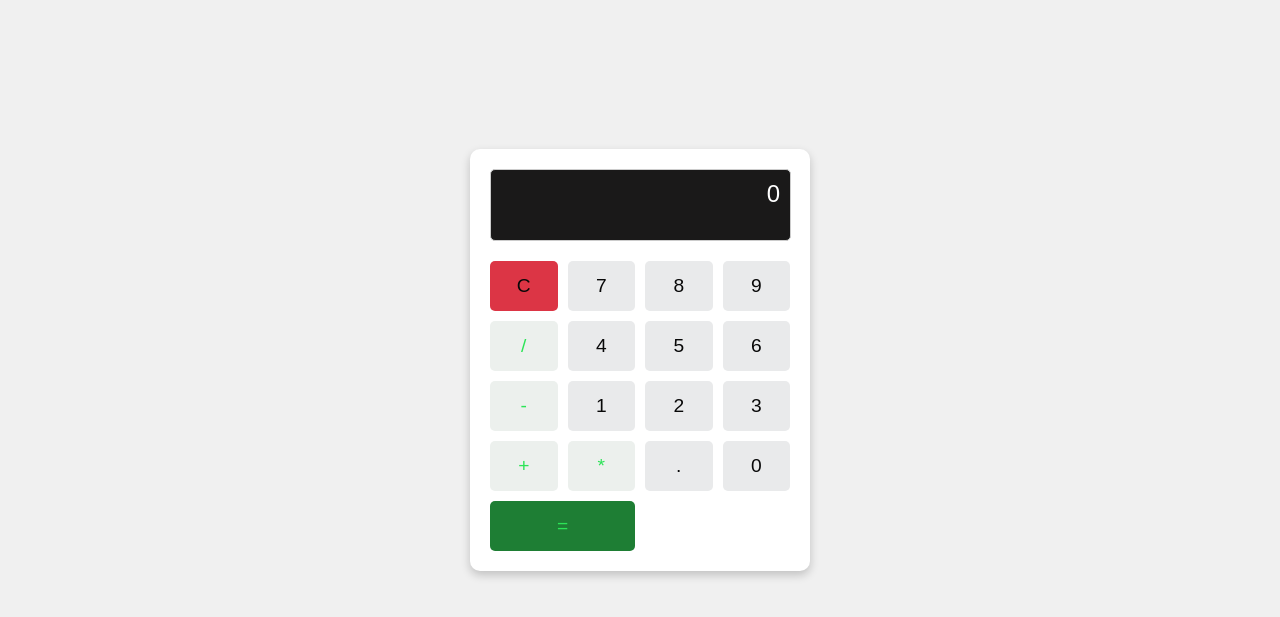
Repository: alizey12/calculator
Page: index.html
An editor plug-in stored every save of this project. The page is shown before and after the next save, followed by the edit.
The browser window is 1280 px wide. The pictures show the whole page.

Above is the page before, as saved 2024-11-23 20:37:15.

### index.html
<!DOCTYPE html>
<html lang="en">
<head>
    <meta charset="UTF-8">
    <meta name="viewport" content="width=device-width, initial-scale=1.0">
    <title>Simple Calculator</title>
    <link rel="stylesheet" href="styles.css">
    <body>


</head>
<body>
    <div class="calculator">
        <div class="display" id="display">0</div>
        <div class="buttons">
            <button onclick="clearDisplay()" class="btn" id="clear">C</button>
            <button onclick="appendValue('7')" class="btn">7</button>
            <button onclick="appendValue('8')" class="btn">8</button>
            <button onclick="appendValue('9')" class="btn">9</button>
            <button onclick="operate('/')" class="btn operator">/</button>
            <button onclick="appendValue('4')" class="btn">4</button>
            <button onclick="appendValue('5')" class="btn">5</button>
            <button onclick="appendValue('6')" class="btn">6</button>
            <button onclick="operate('-')" class="btn operator">-</button>
            <button onclick="appendValue('1')" class="btn">1</button>
            <button onclick="appendValue('2')" class="btn">2</button>
            <button onclick="appendValue('3')" class="btn">3</button>
            <button onclick="operate('+')" class="btn operator">+</button>
            <button onclick="operate('*')" class="btn operator">*</button>
            <button onclick="appendValue('.')" class="btn">.</button>
            <button onclick="appendValue('0')" class="btn">0</button>
            <button onclick="calculate()" class="btn operator" id="equals">=</button>
        </div>
    </div>

    <script src="script.js">

    </script>
</body>
</html>

### styles.css
body{
    font-family: Arial, sans-serif;
    display: flex;
    justify-content: center;
    align-items: center;
    height: 100vh;
    background-color: #f0f0f0;
    margin: 0;
}

.calculator {
    background: #fff;
    border-radius: 10px;
    padding: 20px;
    box-shadow: 0 4px 10px rgba(0, 0, 0, 0.2);
    width: 300px;
}

.display {
    width: 93%;
    height: 50px;
    margin-bottom: 20px;
    font-size: 1.5rem;
    text-align: right;
    border: 1px solid #ccc;
    border-radius: 5px;
    background: #1a1919;
    padding: 10px;
    overflow-x: auto;
    color: #fff;
}

.buttons {
    display: grid;
    grid-template-columns: repeat(4, 1fr);
    gap: 10px;
}

.btn {
    height: 50px;
    font-size: 1.2rem;
    border: none;
    border-radius: 5px;
    background: #e9eaeb;
    color: rgb(8, 8, 8);
    cursor: pointer;
    transition: background 0.2s;
}

.btn:hover {
    background: #a8c1db;
}

.btn.operator {
    background: #ecf0ed;
    color: #2ce457;
}

.btn.operator:hover {
    background: #1e7e34;
}

.btn#clear {
    background: #dc3545;

}
.btn#equals {
    grid-column: span 2;
    background: #1e7e34;
}
.btn#clear:hover {
    background: #a71d2a;
}

### script.js
let displayValue = '';

function appendValue(value) {
    if (displayValue === '0' || displayValue === 'Error') {
        displayValue = value;
    } else {
        displayValue += value;
    }
    updateDisplay();
}

function operate(operator) {
    if (displayValue === 'Error') return;

    displayValue += ` ${operator} `;
    updateDisplay();
}

function clearDisplay() {
    displayValue = '0';
    updateDisplay();
}

function calculate() {
    try {
        // Evaluate the expression
        displayValue = eval(displayValue).toString();
    } catch {
        displayValue = 'Error';
    }
    updateDisplay();
}

function updateDisplay() {
    document.getElementById('display').textContent = displayValue;
}

After the next save:
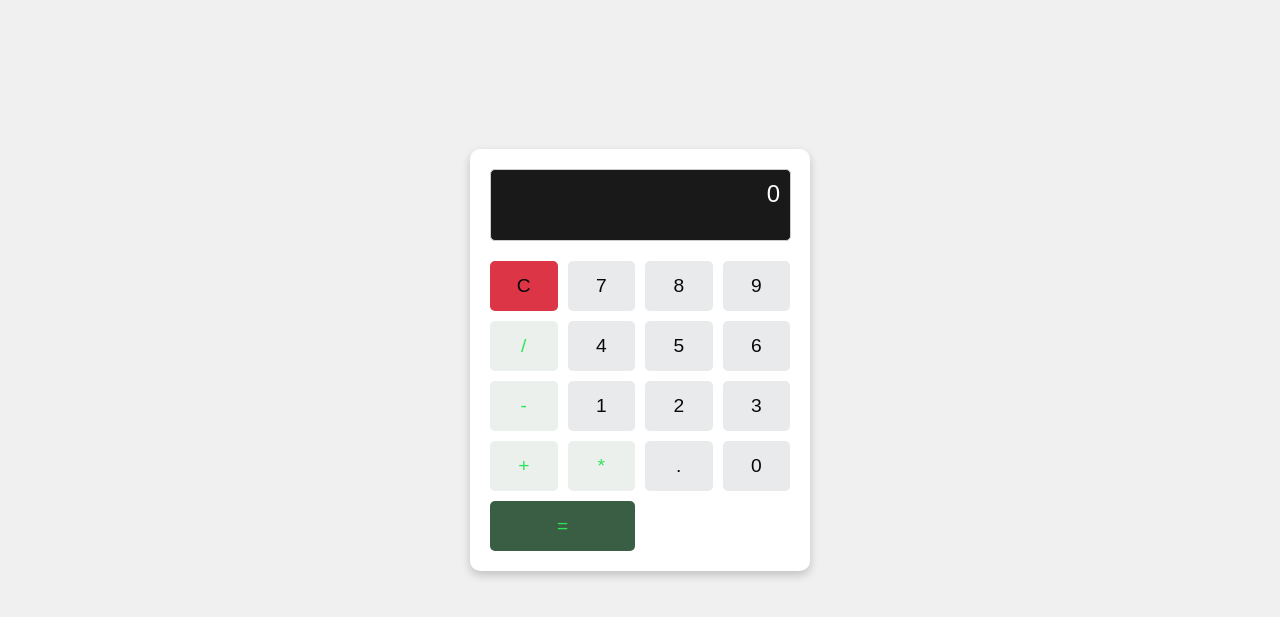
Saved 5 s later.
--- a/styles.css
+++ b/styles.css
@@ -66,7 +66,7 @@ body{
 }
 .btn#equals {
     grid-column: span 2;
-    background: #1e7e34;
+    background: #3a5e43;
 }
 .btn#clear:hover {
     background: #a71d2a;
